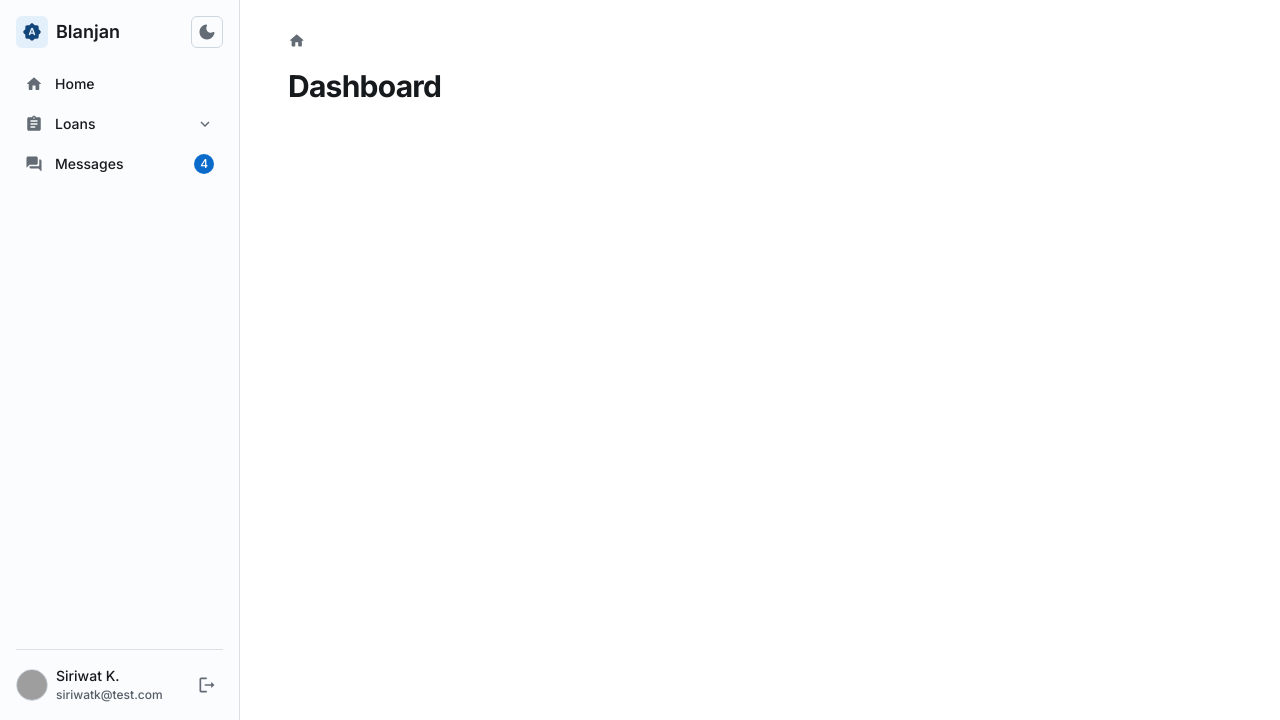
Repository: LaurentiusKevin/bookstore-fe
Page: /admin
An editor plug-in stored every save of this project. The page is shown before and after the next save, followed by the edit.
The browser window is 1280 px wide. The pictures show the whole page.
Pictures or frames that could not be fetched are drawn as grey boxes. The project was rebuilt for these pictures with package versions that can differ from the ones it lists, and the page was loaded fresh each time. The framework's server and built-in components were replaced by stand-ins that run in the browser. Also part of the build but not shown: next.config.mjs.

Above is the page before, as saved 2024-04-07 02:10:26.

### src/app/layout.tsx
import type { Metadata } from "next";
import { Inter } from "next/font/google";
import "@fontsource/inter";
import ThemeRegistry from "@/components/admin/theme-registry";
import { Providers } from "@/providers";
import { ReactNode } from "react";

const inter = Inter({ subsets: ["latin"] });

export const metadata: Metadata = {
  title: "Create Next App",
  description: "Generated by create next app",
};

export default function RootLayout({
  children,
}: Readonly<{
  children: ReactNode;
}>) {
  return (
    <html lang="en">
      <body suppressHydrationWarning={true}>
        <ThemeRegistry options={{ key: "joy" }}>
          <Providers>{children}</Providers>
        </ThemeRegistry>
      </body>
    </html>
  );
}

### src/app/admin/page.tsx
"use client";

import AdminLayout from "@/components/admin/admin-layout";

export default function AdminPage() {
  return <AdminLayout pageTitle="Dashboard" />;
}

### src/components/admin/theme-registry.tsx
"use client";
import createCache from "@emotion/cache";
import { useServerInsertedHTML } from "next/navigation";
import { CacheProvider } from "@emotion/react";
import { CssVarsProvider } from "@mui/joy/styles";
import CssBaseline from "@mui/joy/CssBaseline";
import * as React from "react";
import { ReactNode } from "react";

// This implementation is from emotion-js
// https://github.com/emotion-js/emotion/issues/2928#issuecomment-1319747902
export default function ThemeRegistry(props: {
  options: { key: string };
  children: ReactNode;
}) {
  const { options, children } = props;

  const [{ cache, flush }] = React.useState(() => {
    const cache = createCache(options);
    cache.compat = true;
    const prevInsert = cache.insert;
    let inserted: string[] = [];
    cache.insert = (...args) => {
      const serialized = args[1];
      if (cache.inserted[serialized.name] === undefined) {
        inserted.push(serialized.name);
      }
      return prevInsert(...args);
    };
    const flush = () => {
      const prevInserted = inserted;
      inserted = [];
      return prevInserted;
    };
    return { cache, flush };
  });

  useServerInsertedHTML(() => {
    const names = flush();
    if (names.length === 0) {
      return null;
    }
    let styles = "";
    for (const name of names) {
      styles += cache.inserted[name];
    }
    return (
      <style
        key={cache.key}
        data-emotion={`${cache.key} ${names.join(" ")}`}
        dangerouslySetInnerHTML={{
          __html: styles,
        }}
      />
    );
  });

  return (
    <CacheProvider value={cache}>
      <CssVarsProvider>
        {/* the custom theme is optional */}
        <CssBaseline />
        {children}
      </CssVarsProvider>
    </CacheProvider>
  );
}

### src/providers.tsx
"use client";

import React, { ReactNode } from "react";

export function Providers({ children }: { children: ReactNode }) {
  return <>{children}</>;
}

### src/components/admin/admin-layout.tsx
import { Box, CssBaseline, CssVarsProvider, Stack } from "@mui/joy";
import Sidebar from "@/components/admin/sidebar";
import Header from "@/components/admin/header";
import Typography from "@mui/joy/Typography";
import * as React from "react";
import { ReactNode } from "react";
import AdminBreadcrumbs from "@/components/admin/breadcrumbs";

export default function AdminLayout({
  children,
  contentMaxWidth = undefined,
  pageTitle = undefined,
}: {
  children?: ReactNode;
  contentMaxWidth?: string | undefined;
  pageTitle?: string;
}) {
  return (
    <CssVarsProvider disableTransitionOnChange>
      <CssBaseline />
      <Box sx={{ display: "flex", minHeight: "100dvh" }}>
        <Sidebar />
        <Header />
        <Box
          component="main"
          className="MainContent"
          sx={{
            pt: { xs: "calc(12px + var(--Header-height))", md: 3 },
            pb: { xs: 2, sm: 2, md: 3 },
            flex: 1,
            display: "flex",
            flexDirection: "column",
            minWidth: 0,
            height: "100dvh",
            gap: 1,
            overflow: "auto",
          }}
        >
          <Box sx={{ flex: 1, width: "100%" }}>
            <Box
              sx={{
                position: "sticky",
                top: { sm: -100, md: -110 },
                bgcolor: "background.body",
                // zIndex: 9995,
              }}
            >
              <Box sx={{ px: { xs: 2, md: 6 } }}>
                <AdminBreadcrumbs />
                <Typography level="h2" component="h1" sx={{ mt: 1, mb: 2 }}>
                  {pageTitle}
                </Typography>
              </Box>
              <Stack
                spacing={4}
                sx={{
                  display: "flex",
                  maxWidth: contentMaxWidth,
                  mx: "auto",
                  px: { xs: 2, md: 6 },
                  py: { xs: 2, md: 3 },
                }}
              >
                {children}
              </Stack>
            </Box>
          </Box>
        </Box>
      </Box>
    </CssVarsProvider>
  );
}

### src/components/admin/sidebar.tsx
import * as React from "react";
import GlobalStyles from "@mui/joy/GlobalStyles";
import Avatar from "@mui/joy/Avatar";
import Box from "@mui/joy/Box";
import Chip from "@mui/joy/Chip";
import Divider from "@mui/joy/Divider";
import IconButton from "@mui/joy/IconButton";
import List from "@mui/joy/List";
import ListItem from "@mui/joy/ListItem";
import ListItemButton, { listItemButtonClasses } from "@mui/joy/ListItemButton";
import ListItemContent from "@mui/joy/ListItemContent";
import Typography from "@mui/joy/Typography";
import Sheet from "@mui/joy/Sheet";
import HomeRoundedIcon from "@mui/icons-material/HomeRounded";
import AssignmentRoundedIcon from "@mui/icons-material/AssignmentRounded";
import QuestionAnswerRoundedIcon from "@mui/icons-material/QuestionAnswerRounded";
import LogoutRoundedIcon from "@mui/icons-material/LogoutRounded";
import BrightnessAutoRoundedIcon from "@mui/icons-material/BrightnessAutoRounded";
import KeyboardArrowDownIcon from "@mui/icons-material/KeyboardArrowDown";

import ColorSchemeToggle from "@/components/admin/color-scheme-toggle";
import { closeSidebar } from "@/utils";

function Toggler({
  defaultExpanded = false,
  renderToggle,
  children,
}: {
  defaultExpanded?: boolean;
  children: React.ReactNode;
  renderToggle: (params: {
    open: boolean;
    setOpen: React.Dispatch<React.SetStateAction<boolean>>;
  }) => React.ReactNode;
}) {
  const [open, setOpen] = React.useState(defaultExpanded);
  return (
    <React.Fragment>
      {renderToggle({ open, setOpen })}
      <Box
        sx={{
          display: "grid",
          gridTemplateRows: open ? "1fr" : "0fr",
          transition: "0.2s ease",
          "& > *": {
            overflow: "hidden",
          },
        }}
      >
        {children}
      </Box>
    </React.Fragment>
  );
}

export default function Sidebar() {
  return (
    <Sheet
      className="Sidebar"
      sx={{
        position: { xs: "fixed", md: "sticky" },
        transform: {
          xs: "translateX(calc(100% * (var(--SideNavigation-slideIn, 0) - 1)))",
          md: "none",
        },
        transition: "transform 0.4s, width 0.4s",
        zIndex: 10000,
        height: "100dvh",
        width: "var(--Sidebar-width)",
        top: 0,
        p: 2,
        flexShrink: 0,
        display: "flex",
        flexDirection: "column",
        gap: 2,
        borderRight: "1px solid",
        borderColor: "divider",
      }}
    >
      <GlobalStyles
        styles={(theme) => ({
          ":root": {
            "--Sidebar-width": "220px",
            [theme.breakpoints.up("lg")]: {
              "--Sidebar-width": "240px",
            },
          },
        })}
      />
      <Box
        className="Sidebar-overlay"
        sx={{
          position: "fixed",
          zIndex: 9998,
          top: 0,
          left: 0,
          width: "100vw",
          height: "100vh",
          opacity: "var(--SideNavigation-slideIn)",
          backgroundColor: "var(--joy-palette-background-backdrop)",
          transition: "opacity 0.4s",
          transform: {
            xs: "translateX(calc(100% * (var(--SideNavigation-slideIn, 0) - 1) + var(--SideNavigation-slideIn, 0) * var(--Sidebar-width, 0px)))",
            lg: "translateX(-100%)",
          },
        }}
        onClick={() => closeSidebar()}
      />
      <Box sx={{ display: "flex", gap: 1, alignItems: "center" }}>
        <IconButton variant="soft" color="primary" size="sm">
          <BrightnessAutoRoundedIcon />
        </IconButton>
        <Typography level="title-lg">Blanjan</Typography>
        <ColorSchemeToggle sx={{ ml: "auto" }} />
      </Box>
      <Box
        sx={{
          minHeight: 0,
          overflow: "hidden auto",
          flexGrow: 1,
          display: "flex",
          flexDirection: "column",
          [`& .${listItemButtonClasses.root}`]: {
            gap: 1.5,
          },
        }}
      >
        <List
          size="sm"
          sx={{
            gap: 1,
            "--List-nestedInsetStart": "30px",
            "--ListItem-radius": (theme) => theme.vars.radius.sm,
          }}
        >
          <ListItem>
            <ListItemButton component="a" href="/admin">
              <HomeRoundedIcon />
              <ListItemContent>
                <Typography level="title-sm">Home</Typography>
              </ListItemContent>
            </ListItemButton>
          </ListItem>
          <ListItem nested>
            <Toggler
              renderToggle={({ open, setOpen }) => (
                <ListItemButton onClick={() => setOpen(!open)}>
                  <AssignmentRoundedIcon />
                  <ListItemContent>
                    <Typography level="title-sm">Loans</Typography>
                  </ListItemContent>
                  <KeyboardArrowDownIcon
                    sx={{ transform: open ? "rotate(180deg)" : "none" }}
                  />
                </ListItemButton>
              )}
            >
              <List sx={{ gap: 0.5 }}>
                <ListItem sx={{ mt: 0.5 }}>
                  <ListItemButton
                    component="a"
                    href="/admin/installment-provider"
                  >
                    Providers
                  </ListItemButton>
                </ListItem>
                <ListItem>
                  <ListItemButton component="a" href="/admin/loans/my-loans">
                    My Loans
                  </ListItemButton>
                </ListItem>
              </List>
            </Toggler>
          </ListItem>
          <ListItem>
            <ListItemButton
              role="menuitem"
              component="a"
              href="/joy-ui/getting-started/templates/messages/"
            >
              <QuestionAnswerRoundedIcon />
              <ListItemContent>
                <Typography level="title-sm">Messages</Typography>
              </ListItemContent>
              <Chip size="sm" color="primary" variant="solid">
                4
              </Chip>
            </ListItemButton>
          </ListItem>
        </List>
      </Box>
      <Divider />
      <Box sx={{ display: "flex", gap: 1, alignItems: "center" }}>
        <Avatar
          variant="outlined"
          size="sm"
          src="https://images.unsplash.com/photo-1535713875002-d1d0cf377fde?auto=format&fit=crop&w=286"
        />
        <Box sx={{ minWidth: 0, flex: 1 }}>
          <Typography level="title-sm">Siriwat K.</Typography>
          <Typography level="body-xs">siriwatk@test.com</Typography>
        </Box>
        <IconButton size="sm" variant="plain" color="neutral">
          <LogoutRoundedIcon />
        </IconButton>
      </Box>
    </Sheet>
  );
}

### src/components/admin/header.tsx
import * as React from "react";
import GlobalStyles from "@mui/joy/GlobalStyles";
import IconButton from "@mui/joy/IconButton";
import Sheet from "@mui/joy/Sheet";
import MenuRoundedIcon from "@mui/icons-material/MenuRounded";
import { toggleSidebar } from "@/utils";

export default function Header() {
  return (
    <Sheet
      sx={{
        display: { xs: "flex", md: "none" },
        alignItems: "center",
        justifyContent: "space-between",
        position: "fixed",
        top: 0,
        width: "100vw",
        height: "var(--Header-height)",
        zIndex: 9998,
        p: 2,
        gap: 1,
        borderBottom: "1px solid",
        borderColor: "background.level1",
        boxShadow: "sm",
      }}
    >
      <GlobalStyles
        styles={(theme) => ({
          ":root": {
            "--Header-height": "52px",
            [theme.breakpoints.up("md")]: {
              "--Header-height": "0px",
            },
          },
        })}
      />
      <IconButton
        onClick={() => toggleSidebar()}
        variant="outlined"
        color="neutral"
        size="sm"
      >
        <MenuRoundedIcon />
      </IconButton>
    </Sheet>
  );
}

### src/components/admin/breadcrumbs.tsx
"use client";

import ChevronRightRoundedIcon from "@mui/icons-material/ChevronRightRounded";
import Link from "@mui/joy/Link";
import HomeRoundedIcon from "@mui/icons-material/HomeRounded";
import Breadcrumbs from "@mui/joy/Breadcrumbs";
import * as React from "react";
import { usePathname } from "next/navigation";

export default function AdminBreadcrumbs() {
  const paths = usePathname();
  const pathNames = paths
    .replace("-", " ")
    .split("/")
    .filter((path) => path);

  return (
    <Breadcrumbs
      size="sm"
      aria-label="breadcrumbs"
      separator={<ChevronRightRoundedIcon />}
      sx={{ pl: 0 }}
    >
      <Link underline="none" color="neutral" href="/admin" aria-label="Home">
        <HomeRoundedIcon />
      </Link>
      {pathNames.map((item, key) => {
        if (key >= 0 && item != "admin") {
          let href = `/${pathNames.slice(0, key + 1).join("/")}`;

          return (
            <Link
              key={`admin-breadcrumb-${key}`}
              underline="hover"
              color="neutral"
              href={href}
              fontSize={12}
              fontWeight={500}
            >
              {item.charAt(0).toUpperCase() + item.slice(1)}
            </Link>
          );
        }
      })}
    </Breadcrumbs>
  );
}

### src/components/admin/color-scheme-toggle.tsx
import * as React from "react";
import { useColorScheme } from "@mui/joy/styles";
import IconButton, { IconButtonProps } from "@mui/joy/IconButton";

import DarkModeRoundedIcon from "@mui/icons-material/DarkModeRounded";
import LightModeIcon from "@mui/icons-material/LightMode";

export default function ColorSchemeToggle(props: IconButtonProps) {
  const { onClick, sx, ...other } = props;
  const { mode, setMode } = useColorScheme();
  const [mounted, setMounted] = React.useState(false);
  React.useEffect(() => {
    setMounted(true);
  }, []);
  if (!mounted) {
    return (
      <IconButton
        size="sm"
        variant="outlined"
        color="neutral"
        {...other}
        sx={sx}
        disabled
      />
    );
  }
  return (
    <IconButton
      id="toggle-mode"
      size="sm"
      variant="outlined"
      color="neutral"
      {...props}
      onClick={(event) => {
        if (mode === "light") {
          setMode("dark");
        } else {
          setMode("light");
        }
        onClick?.(event);
      }}
      sx={[
        {
          "& > *:first-of-type": {
            display: mode === "dark" ? "none" : "initial",
          },
          "& > *:last-of-type": {
            display: mode === "light" ? "none" : "initial",
          },
        },
        ...(Array.isArray(sx) ? sx : [sx]),
      ]}
    >
      <DarkModeRoundedIcon />
      <LightModeIcon />
    </IconButton>
  );
}

### src/utils.ts
import moment from "moment/moment";

export function openSidebar() {
  if (typeof window !== "undefined") {
    document.body.style.overflow = "hidden";
    document.documentElement.style.setProperty("--SideNavigation-slideIn", "1");
  }
}

export function closeSidebar() {
  if (typeof window !== "undefined") {
    document.documentElement.style.removeProperty("--SideNavigation-slideIn");
    document.body.style.removeProperty("overflow");
  }
}

export function toggleSidebar() {
  if (typeof window !== "undefined" && typeof document !== "undefined") {
    const slideIn = window
      .getComputedStyle(document.documentElement)
      .getPropertyValue("--SideNavigation-slideIn");
    if (slideIn) {
      closeSidebar();
    } else {
      openSidebar();
    }
  }
}

export function dateTimeFormat(datetime: string) {
  return moment(datetime).format("MMM DD, YYYY (hh:mm:ss)");
}

export function roundUp(num: number, precision: number): number {
  precision = Math.pow(10, precision);
  return Math.ceil(num * precision) / precision;
}

After the next save:
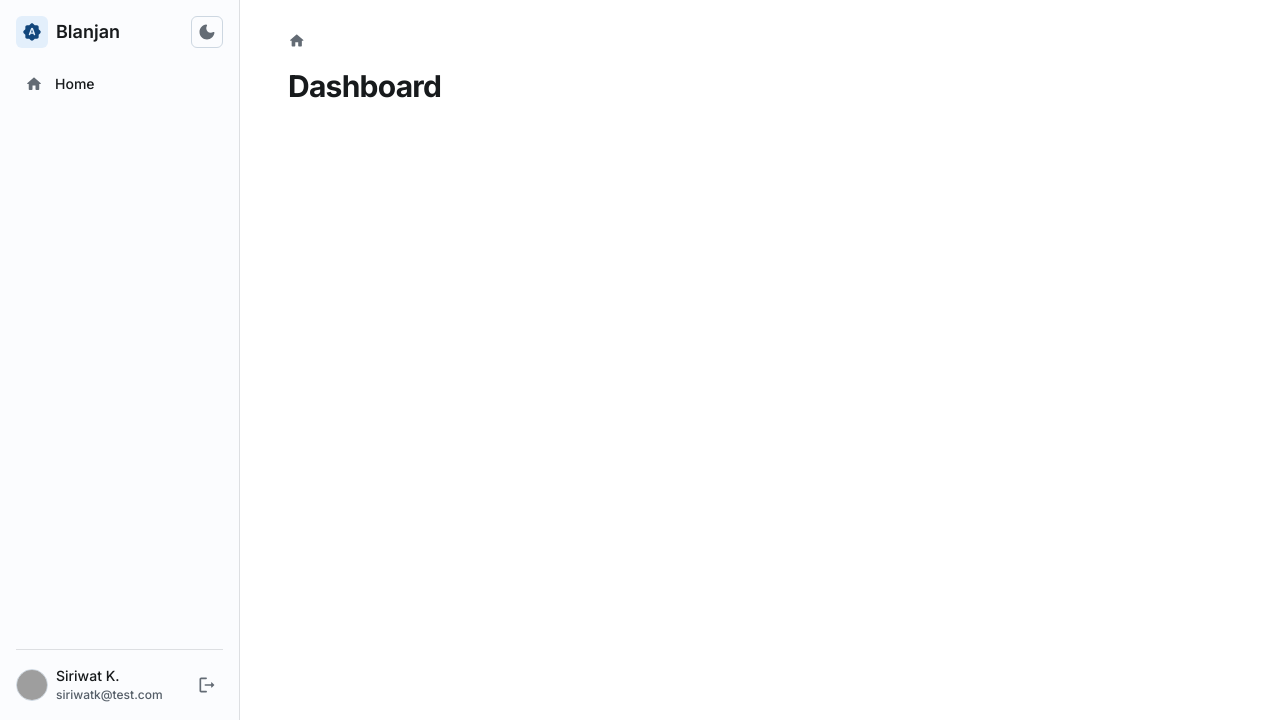
Saved 64 s later.
--- a/src/components/admin/sidebar.tsx
+++ b/src/components/admin/sidebar.tsx
@@ -141,52 +141,6 @@ export default function Sidebar() {
               </ListItemContent>
             </ListItemButton>
           </ListItem>
-          <ListItem nested>
-            <Toggler
-              renderToggle={({ open, setOpen }) => (
-                <ListItemButton onClick={() => setOpen(!open)}>
-                  <AssignmentRoundedIcon />
-                  <ListItemContent>
-                    <Typography level="title-sm">Loans</Typography>
-                  </ListItemContent>
-                  <KeyboardArrowDownIcon
-                    sx={{ transform: open ? "rotate(180deg)" : "none" }}
-                  />
-                </ListItemButton>
-              )}
-            >
-              <List sx={{ gap: 0.5 }}>
-                <ListItem sx={{ mt: 0.5 }}>
-                  <ListItemButton
-                    component="a"
-                    href="/admin/installment-provider"
-                  >
-                    Providers
-                  </ListItemButton>
-                </ListItem>
-                <ListItem>
-                  <ListItemButton component="a" href="/admin/loans/my-loans">
-                    My Loans
-                  </ListItemButton>
-                </ListItem>
-              </List>
-            </Toggler>
-          </ListItem>
-          <ListItem>
-            <ListItemButton
-              role="menuitem"
-              component="a"
-              href="/joy-ui/getting-started/templates/messages/"
-            >
-              <QuestionAnswerRoundedIcon />
-              <ListItemContent>
-                <Typography level="title-sm">Messages</Typography>
-              </ListItemContent>
-              <Chip size="sm" color="primary" variant="solid">
-                4
-              </Chip>
-            </ListItemButton>
-          </ListItem>
         </List>
       </Box>
       <Divider />
